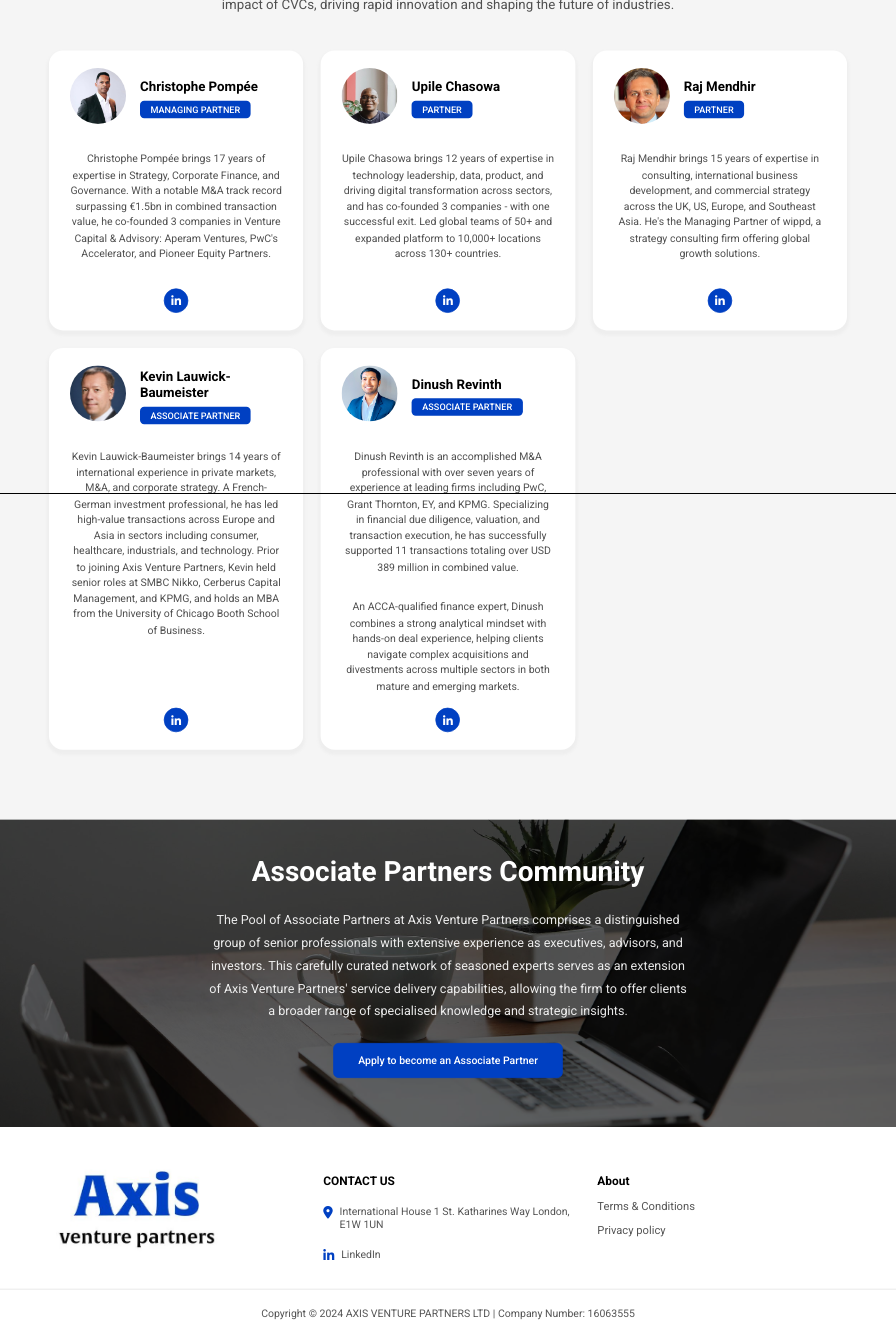
Repository: uchasowa/axisventures
Page: index.html
These files come from the project's save history. The page is drawn as it stood at one moment and after the next save; the edit follows.
The browser window is 1280 px wide. The pictures show the part of the page from y = 2200 to 4120 px (the page is 4120 px tall before and 4040 px after), at 70% of full size.
Some web libraries are served in a nearby version.

Above is the page before, as saved 2025-07-04 20:27:30.

### index.html
<!DOCTYPE html>
<html lang="en">

<head>
    <meta charset="UTF-8">
    <meta http-equiv="X-UA-Compatible" content="IE=edge">
    <meta name="viewport" content="width=device-width, initial-scale=1.0">
    <title>Axis Venture Partners - Unlocking Growth Opportunities</title>
    <meta name="description" content="At Axis Venture Partners, we create value through expertise, commitment, and a hands-on approach. We specialize in corporate innovation and venture advisory services to help corporations achieve their strategic goals."/>

    <meta property="og:title" content="Axis Venture Partners - Unlocking Growth Opportunities"/>
    <meta property="og:description" content="Axis Venture Partners is a UK-based firm specializing in corporate innovation and venture advisory services, focusing on venture capital investments and supporting scale-up companies to realize their growth potential."/>
    <meta property="og:image" content="https://axisventurepartners.com/assets/logo.jpeg"/>
    <meta property="og:url" content="https://axisventurepartners.com/"/>
    <meta property="og:type" content="website"/>

    <meta name="twitter:title" content="Axis Venture Partners - Unlocking Growth Opportunities"/>
    <meta name="twitter:description" content="We provide CVC as a Service, Fractional C-Suite, and Non-Executive Director services to drive innovation and growth for our partners."/>
    <meta name="twitter:image" content="https://axisventurepartners.com//assets/logo.jpeg"/>
    <meta name="twitter:card" content="summary_large_image"/>

    <!-- Preconnect to external domains for performance -->
    <link rel="preconnect" href="https://fonts.googleapis.com"/>
    <link rel="preconnect" href="https://fonts.gstatic.com" crossorigin/>
    <link rel="preconnect" href="https://kit.fontawesome.com"/>

    <!-- Favicon -->
    <link rel="shortcut icon" href="https://axisventurepartners.com/assets/favicon.ico" type="image/x-icon"/>
    <link rel="icon" type="image/x-icon" href="assets/favicon.ico">

    <!-- Main CSS -->
    <link rel="stylesheet" href="./css/style.css">

    <!-- Font Awesome -->
    <script src="https://kit.fontawesome.com/49f02d4a75.js" crossorigin="anonymous"></script>

    <!-- Animation CSS -->
    <link rel="stylesheet" href="./css/animate.min.css">

    <!-- Theme color for mobile browsers -->
    <meta name="theme-color" content="#2563eb">

    <!-- Additional meta tags for better SEO and social sharing -->
    <meta name="keywords" content="venture capital, corporate innovation, CVC, fractional C-suite, M&A advisory, business growth, startup investment">
    <meta name="author" content="Axis Venture Partners">
    <meta name="robots" content="index, follow">

    <!-- Structured data for better SEO -->
    <script type="application/ld+json">
    {
        "@context": "https://schema.org",
        "@type": "Organization",
        "name": "Axis Venture Partners",
        "url": "https://axisventurepartners.com",
        "logo": "https://axisventurepartners.com/assets/logo.jpeg",
        "description": "UK-based firm specializing in corporate innovation and venture advisory services",
        "address": {
            "@type": "PostalAddress",
            "streetAddress": "1 St. Katharines Way",
            "addressLocality": "London",
            "postalCode": "E1W 1UN",
            "addressCountry": "GB"
        },
        "sameAs": [
            "https://www.linkedin.com/company/axis-venture-partners/"
        ]
    }
    </script>

</head>

<body>
    <!-- Start header -->
    <header>
        <div class="container">
           <div class="logo">
                <a href="index.html">
                    <img src="./assets/logo.jpeg" alt="Axis Venture Partners Logo">
                </a>
            </div>
            <a href="https://2f7evz.share-eu1.hsforms.com/2scI3GD3BTHCDbXn-jbSilg" aria-label="Contact Us">
                <span>Contact Us</span>
                <i class="fa-solid fa-phone-volume" aria-hidden="true"></i>
            </a>
        </div>
    </header>
    <!-- End header -->

    <!-- Start Section heroBanner  -->
    <section class="landing" aria-label="Hero Banner">
        <div class="container">
            <div class="content wow animate__fadeInUp" data-wow-duration="0.8s">
                <h1>Unlocking Growth Opportunities</h1>
                <p><span>At Axis Venture Partners</span> we create value through expertise, commitment, hands on
                    approach and
                    ecosystem building.</p>
                <a href="https://2f7evz.share-eu1.hsforms.com/2scI3GD3BTHCDbXn-jbSilg" class="cta-button">Get in touch with us</a>
            </div>
        </div>
    </section>
    <!-- End Section heroBanner  -->

    <!-- Start Section What We Do -->
    <section class="whatWeDo" aria-label="Our Services">
        <div class="container">
            <div class="title wow animate__fadeInUp" data-wow-duration="0.8s">
                <h1>Here's what we do.</h1>
                <p>
                    <span>Axis Venture Partners</span>
                    is a UK-based firm specialising in corporate innovation and venture advisory
                    services. We focus on helping corporations achieve their strategic goals through venture capital
                    investments while supporting scale-up companies in realising their growth potential.
                </p>
            </div>
            <div class="boxes">
                <article class="box wow animate__fadeInUp" data-wow-duration="0.8s">
                    <div class="image">
                        <img src="./assets/image1.jpg" alt="CVC as a Service illustration">
                    </div>
                    <div class="text">
                        <h2>CVC as a Service</h2>
                        <span>Accelerate Value Creation via Venture Capital Investments.</span>
                        <div class="footer">
                            <p>Realised Cost and Revenue Synergies.</p>
                        </div>
                    </div>
                </article>
                <article class="box wow animate__fadeInUp" data-wow-duration="1.2s">
                    <div class="image">
                        <img src="./assets/image2.jpg" alt="Fractional C-Suite illustration">
                    </div>
                    <div class="text">
                        <h2>Fractional C-Suite</h2>
                        <span>Add operational and tactical assistance in Finance, Technology and Business
                            Development.</span>
                        <div class="footer">
                            <p>Market Leadership Incremental EBITDA Higher Valuation.</p>
                        </div>
                    </div>
                </article>
                <article class="box wow animate__fadeInUp" data-wow-duration="1.6s" style="position:relative;">
                    <a href="ma-advisory.html" style="position:absolute;top:0;left:0;width:100%;height:100%;z-index:2;text-decoration:none;color:inherit;"></a>
                    <div class="image">
                        <img src="./assets/image3.jpg" alt="M&A Advisory illustration">
                    </div>
                    <div class="text">
                        <h2>M&A Advisory</h2>
                        <span>Unlock the full potential of your business by navigating every aspect of your M&Ajourney—from strategic valuation and buyer sourcing to masterful deal
                            negotiation—delivering maximum value while you focus on what you do best. </span>
                        <a href="ma-advisory.html" style="display:block;width:fit-content;margin:0 auto 16px auto;padding:10px 28px;background:#0040c2;color:#fff;border-radius:8px;text-decoration:none;font-weight:500;">Learn More</a>
                        <div class="footer">
                            <p>Maximize Value to Shareholders.</p>
                        </div>
                    </div>
                </article>
            </div>

        </div>
    </section>
    <!-- End Section What We Do -->

    <!-- Start Section Partner -->
    <section class="partner" aria-label="Partnership">
        <div class="container">
            <div class="content  wow animate__fadeInUp" data-wow-duration="0.8s">
                <h1>We're excited to partner with you</h1>
                <p>Drawing on our wealth of experience in business development, capital raising, product development and
                    financial management. We skilfully weave cutting-edge innovations into your vision. Our
                    collaborative approach helps your company thrive in today's dynamic business environment, ensuring
                    you stay ahead of the curve while achieving your strategic goals.
                </p>
                <a href="https://2f7evz.share-eu1.hsforms.com/2scI3GD3BTHCDbXn-jbSilg" class="cta-button">Learn more about us</a>
            </div>
        </div>
    </section>
    <!-- End Section Partner -->

    <!-- Start Section Team -->
    <section class="team" aria-label="Our Team">
        <div class="container">
            <div class="title wow animate__fadeInUp" data-wow-duration="0.8s">
                <h1>Meet the team!</h1>
                <p>Founded by a team of seasoned professionals, we are here to accelerate the accessibility and impact
                    of CVCs, driving rapid innovation and shaping the future of industries.</p>
            </div>
            <div class="boxes">
                <article class="box wow animate__fadeInUp" data-wow-duration="0.8s">
                    <div class="top">
                        <div class="image">
                            <img src="./assets/member_1.jpeg" alt="Christophe Pompée - Managing Partner">
                        </div>
                        <div class="text">
                            <h3>Christophe Pompée</h3>
                            <span>Managing partner</span>
                        </div>
                    </div>

                    <p>Christophe Pompée brings 17 years of expertise in Strategy, Corporate Finance, and Governance.
                        With a notable M&A track record surpassing €1.5bn in combined transaction value, he co-founded 3
                        companies in Venture Capital & Advisory: Aperam Ventures, PwC's Accelerator, and Pioneer Equity
                        Partners.</p>

                    <div class="links">
                        <a href="https://www.linkedin.com/in/christophe-pompee-1b72145/" aria-label="Connect with Christophe Pompée on LinkedIn">
                            <i class="fa-brands fa-linkedin-in" aria-hidden="true"></i>
                        </a>
                    </div>
                </article>
                <article class="box wow animate__fadeInUp" data-wow-duration="1.2s">
                    <div class="top">
                        <div class="image">
                            <img src="./assets/member-2.jpeg" alt="Upile Chasowa - Partner">
                        </div>
                        <div class="text">
                            <h3>Upile Chasowa</h3>
                            <span>Partner</span>
                        </div>
                    </div>
                    <p>Upile Chasowa brings 12 years of expertise in technology leadership, data, product, and driving
                        digital transformation across sectors, and has co-founded 3 companies - with one successful
                        exit. Led global teams of 50+ and expanded platform to 10,000+ locations across 130+ countries.
                    </p>

                    <div class="links">
                        <a href="https://www.linkedin.com/in/upilechasowa/" aria-label="Connect with Upile Chasowa on LinkedIn">
                            <i class="fa-brands fa-linkedin-in" aria-hidden="true"></i>
                        </a>
                    </div>
                </article>
                <article class="box wow animate__fadeInUp" data-wow-duration="1.5s">
                    <div class="top">
                        <div class="image">
                            <img src="./assets/member_3.jpeg" alt="Raj Mendhir - Partner">
                        </div>
                        <div class="text">
                            <h3>Raj Mendhir</h3>
                            <span>Partner</span>
                        </div>
                    </div>

                    <p>Raj Mendhir brings 15 years of expertise in consulting, international business development, and
                        commercial strategy across the UK, US, Europe, and Southeast Asia. He's the Managing Partner of
                        wippd, a strategy consulting firm offering global growth solutions.
                    </p>
                    <div class="links">
                        <a href="https://www.linkedin.com/in/rajmendhir/" aria-label="Connect with Raj Mendhir on LinkedIn">
                            <i class="fa-brands fa-linkedin-in" aria-hidden="true"></i>
                        </a>
                    </div>
                </article>
                <article class="box wow animate__fadeInUp" data-wow-duration="1.8s">
                    <div class="top">
                        <div class="image">
                            <img src="./assets/Kevin.jpg" alt="Kevin Lauwick-Baumeister - Associate Partner">
                        </div>
                        <div class="text">
                            <h3>Kevin Lauwick-Baumeister</h3>
                            <span>Associate Partner</span>
                        </div>
                    </div>

                    <p>Kevin Lauwick-Baumeister brings 14 years of international experience in private markets, M&A, and corporate strategy. A French-German investment professional, he has led high-value transactions across Europe and Asia in sectors including consumer, healthcare, industrials, and technology. Prior to joining Axis Venture Partners, Kevin held senior roles at SMBC Nikko, Cerberus Capital Management, and KPMG, and holds an MBA from the University of Chicago Booth School of Business.</p>
                    <div class="links">
                        <a href="#" aria-label="Connect with Kevin Lauwick-Baumeister on LinkedIn">
                            <i class="fa-brands fa-linkedin-in" aria-hidden="true"></i>
                        </a>
                    </div>
                </article>
                <article class="box wow animate__fadeInUp" data-wow-duration="2.1s">
                    <div class="top">
                        <div class="image">
                            <img src="./assets/Dinush.jpg" alt="Dinush Revinth - Associate Partner">
                        </div>
                        <div class="text">
                            <h3>Dinush Revinth</h3>
                            <span>Associate Partner</span>
                        </div>
                    </div>

                    <p>Dinush Revinth is an accomplished M&A professional with over seven years of experience at leading firms including PwC, Grant Thornton, EY, and KPMG. Specializing in financial due diligence, valuation, and transaction execution, he has successfully supported 11 transactions totaling over USD 389 million in combined value.</p>
                    <p>An ACCA-qualified finance expert, Dinush combines a strong analytical mindset with hands-on deal experience, helping clients navigate complex acquisitions and divestments across multiple sectors in both mature and emerging markets.</p>
                    <div class="links">
                        <a href="#" aria-label="Connect with Dinush Revinth on LinkedIn">
                            <i class="fa-brands fa-linkedin-in" aria-hidden="true"></i>
                        </a>
                    </div>
                </article>
            </div>
        </div>
    </section>
    <!-- End Section Team -->

    <!-- Start Section Community -->
    <section class="community" aria-label="Associate Partners Community">
        <div class="container">
            <div class="content  wow animate__fadeInUp" data-wow-duration="0.8s">
                <h1>Associate Partners Community</h1>
                <p>The Pool of Associate Partners at Axis Venture Partners comprises a distinguished group of senior
                    professionals with extensive experience as executives, advisors, and investors. This carefully
                    curated
                    network of seasoned experts serves as an extension of Axis Venture Partners' service delivery
                    capabilities, allowing the firm to offer clients a broader range of specialised knowledge and
                    strategic
                    insights.
                </p>
                <a href="https://2f7evz.share-eu1.hsforms.com/2scI3GD3BTHCDbXn-jbSilg" class="cta-button">Apply to become an Associate Partner</a>
            </div>
        </div>
    </section>
    <!-- End Section Community -->

    <!-- Start Section Footer -->
    <footer>
        <div class="container">
            <div class="grid">
                <div class="logo">
                    <a href="index.html">
                        <img src="./assets/logo.jpeg" alt="Axis Venture Partners Logo">
                    </a>
                </div>
                <div class="boxOne">
                    <h3>CONTACT US</h3>
                    <ul>
                        <li>
                            <a href="#" aria-label="Our office location">
                                <i class="fa-solid fa-location-dot" aria-hidden="true"></i>
                                <p>International House
                                    1 St. Katharines Way
                                    London, E1W 1UN</p>
                            </a>

                        </li>
                          <li>
                            <a href="https://www.linkedin.com/company/axis-venture-partners/" aria-label="Follow us on LinkedIn">
                                <i class="fa-brands fa-linkedin-in" aria-hidden="true"></i>
                               <p>LinkedIn</p>
                            </a>

                        </li>
                    </ul>
                </div>
                <div class="boxTwo">
                    <h3>About</h3>
                    <div class="links">
                        <a href="./terms-conditions.html">Terms & Conditions</a>
                        <a href="./privacy-policy.html">Privacy policy</a>
                    </div>
                </div>
            </div>
        </div>
        <div class="copyRight">
            <p>Copyright © 2024 AXIS VENTURE PARTNERS LTD | Company Number: 16063555 </p>
        </div>
    </footer>
    <!-- End Section Footer -->

    <!-- Button Scroll -->
    <button class="buttonScroll" aria-label="Scroll to top">
        <i class="fa-solid fa-angles-up" aria-hidden="true"></i>
    </button>
    <!-- Button Scroll -->

    <!-- File WOWJs Script -->
    <script src="./js/wow.min.js"></script>
    <script>
        // WOW JS
        new WOW().init();

        // Scroll to top functionality
        let buttonScroll = document.querySelector(".buttonScroll");

        // Event handler for buttonScroll click event
        buttonScroll.onclick = function () {
            // Scroll to the top of the page smoothly when buttonScroll is clicked
            window.scrollTo({ top: 0, behavior: "smooth" });
        };

        // Event handler for window scroll event
        window.onscroll = function () {
            // If the vertical scroll position is greater than or equal to 400 pixels
            if (window.scrollY >= 400) {
                // Make the buttonScroll visible
                buttonScroll.style.opacity = "1";
                buttonScroll.style.pointerEvents = "auto";
            } else {
                // Otherwise, hide the buttonScroll
                buttonScroll.style.opacity = "0";
                buttonScroll.style.pointerEvents = "none";
            }
        };

        // Add smooth scrolling for all internal links
        document.querySelectorAll('a[href^="#"]').forEach(anchor => {
            anchor.addEventListener('click', function (e) {
                e.preventDefault();
                const target = document.querySelector(this.getAttribute('href'));
                if (target) {
                    target.scrollIntoView({
                        behavior: 'smooth',
                        block: 'start'
                    });
                }
            });
        });
    </script>
</body>

</html>

Loaded but not shown: css/animate.min.css (library); js/wow.min.js (library); css/style.css (718 lines, source omitted)

After the next save:
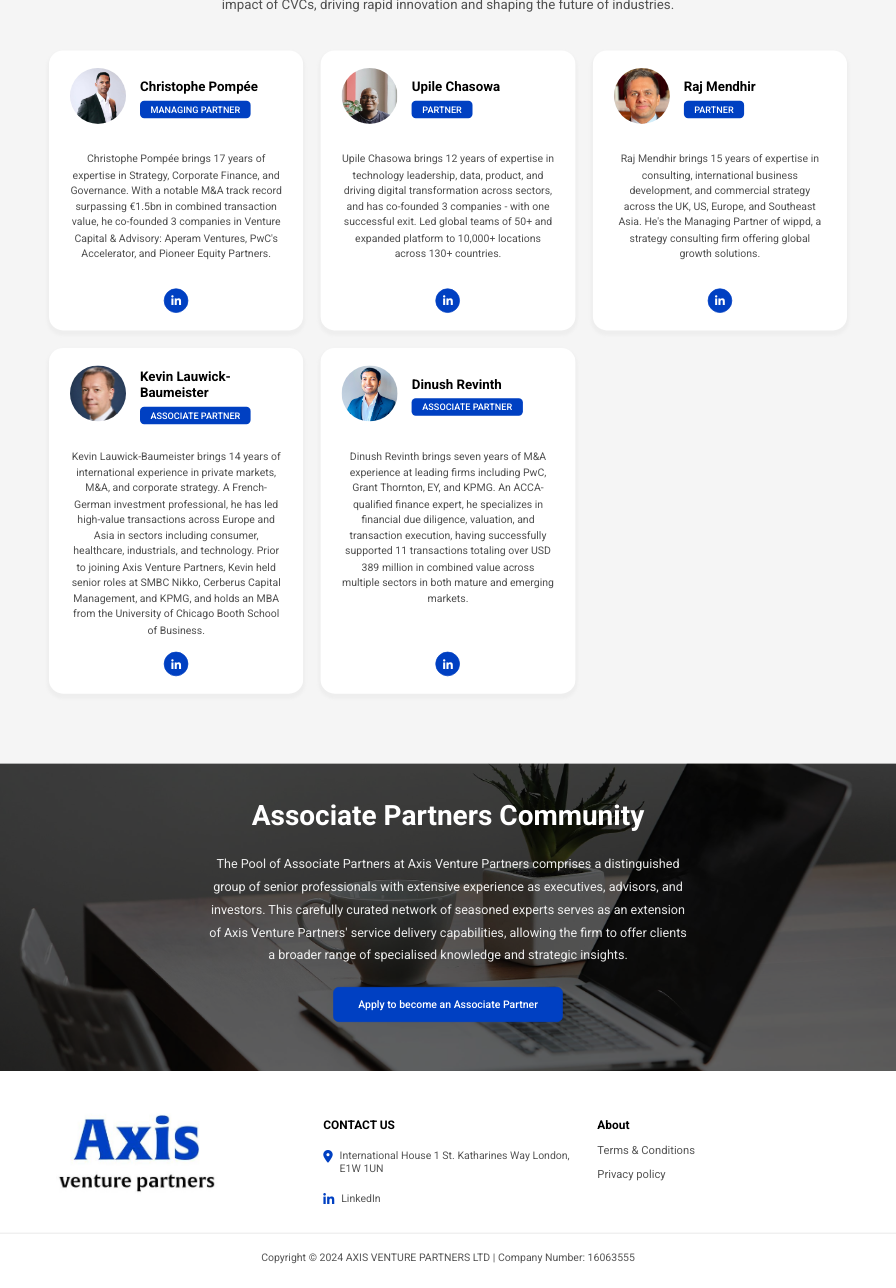
Saved 5 s later.
--- a/index.html
+++ b/index.html
@@ -277,8 +277,7 @@
                         </div>
                     </div>
 
-                    <p>Dinush Revinth is an accomplished M&A professional with over seven years of experience at leading firms including PwC, Grant Thornton, EY, and KPMG. Specializing in financial due diligence, valuation, and transaction execution, he has successfully supported 11 transactions totaling over USD 389 million in combined value.</p>
-                    <p>An ACCA-qualified finance expert, Dinush combines a strong analytical mindset with hands-on deal experience, helping clients navigate complex acquisitions and divestments across multiple sectors in both mature and emerging markets.</p>
+                    <p>Dinush Revinth brings seven years of M&A experience at leading firms including PwC, Grant Thornton, EY, and KPMG. An ACCA-qualified finance expert, he specializes in financial due diligence, valuation, and transaction execution, having successfully supported 11 transactions totaling over USD 389 million in combined value across multiple sectors in both mature and emerging markets.</p>
                     <div class="links">
                         <a href="#" aria-label="Connect with Dinush Revinth on LinkedIn">
                             <i class="fa-brands fa-linkedin-in" aria-hidden="true"></i>
